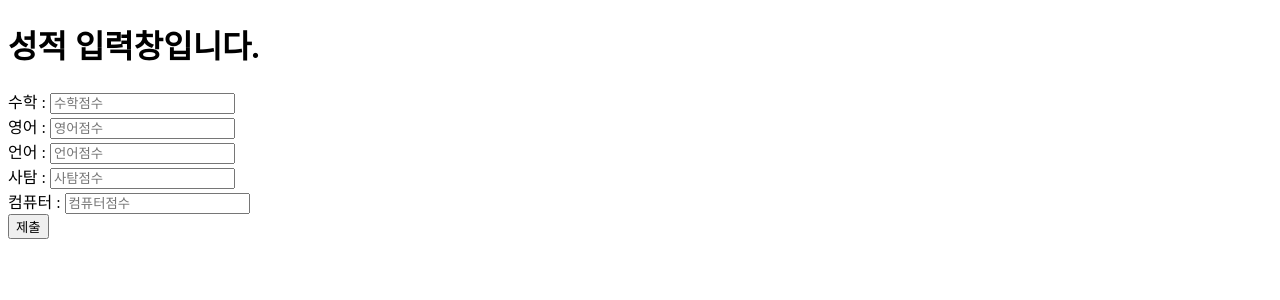
Repository: KindRichMan/Spring
Page: http://localhost/SpringBasic/score
These files come from the project's save history. The page is drawn as it stood at one moment and after the next save; the edit follows.
The browser window is 1280 px wide. The pictures show the whole page.
The page is served by Tomcat 9. Other server files are loaded and not shown.

Above is the page before, as saved 2022-03-31 00:26:07.

### SpringBasic/src/main/webapp/WEB-INF/views/grade_cardForm.jsp
<%@ page language="java" contentType="text/html; charset=UTF-8"
    pageEncoding="UTF-8"%>
<!DOCTYPE html>
<html>
<head>
<meta charset="UTF-8">
<title>Insert title here</title>
</head>
<body>
   <h1>성적 입력창입니다.</h1>
   <form action="/score" method="post">
 수학 :   <input type="number" name="math" placeholder="수학점수"><br/>
 영어 :   <input type="number" name="eng" placeholder="영어점수"><br/>
 언어 :   <input type="number" name="lan" placeholder="언어점수"><br/>
 사탐 :   <input type="number" name="social" placeholder="사탐점수"><br/>
 컴퓨터 :  <input type="number" name="com" placeholder="컴퓨터점수"><br/>
   <input type="submit" value="제출">
   </form>
</body>
</html>

After the next save:
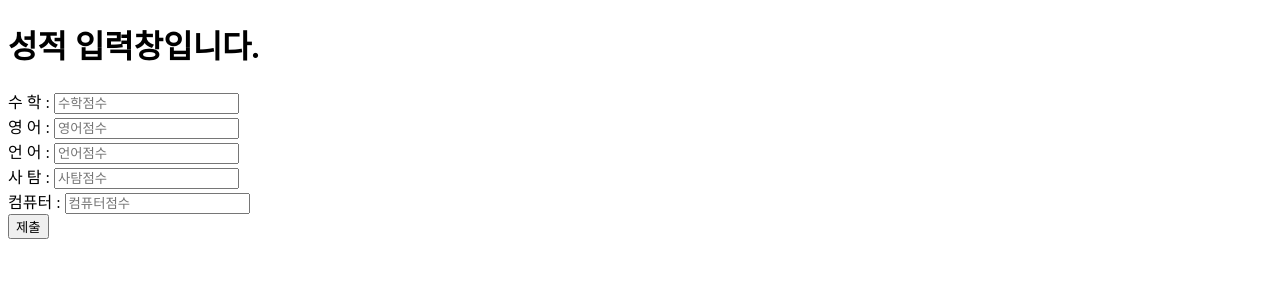
Saved 48 s later.
--- a/SpringBasic/src/main/webapp/WEB-INF/views/grade_cardForm.jsp
+++ b/SpringBasic/src/main/webapp/WEB-INF/views/grade_cardForm.jsp
@@ -9,11 +9,11 @@
 <body>
    <h1>성적 입력창입니다.</h1>
    <form action="/score" method="post">
- 수학 :   <input type="number" name="math" placeholder="수학점수"><br/>
- 영어 :   <input type="number" name="eng" placeholder="영어점수"><br/>
- 언어 :   <input type="number" name="lan" placeholder="언어점수"><br/>
- 사탐 :   <input type="number" name="social" placeholder="사탐점수"><br/>
- 컴퓨터 :  <input type="number" name="com" placeholder="컴퓨터점수"><br/>
+ 수 학 :   <input type="number" name="math" placeholder="수학점수"><br/>
+ 영 어 :   <input type="number" name="eng" placeholder="영어점수"><br/>
+ 언 어 :   <input type="number" name="lan" placeholder="언어점수"><br/>
+ 사 탐 :   <input type="number" name="social" placeholder="사탐점수"><br/>
+ 컴퓨터 :   <input type="number" name="com" placeholder="컴퓨터점수"><br/>
    <input type="submit" value="제출">
    </form>
 </body>
